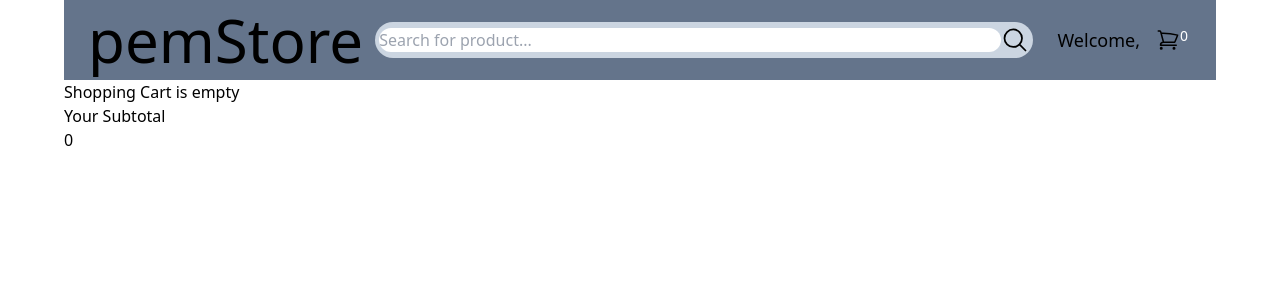
Repository: Semanmernstack/pemstore
Page: /checkout
The author's editor kept a copy of each file at every save. The page is drawn from the files as they stood at one save, then again after the next save.
The browser window is 1280 px wide. The pictures show the whole page.
The page's requests for data from a server got no answer. The project was rebuilt for these pictures with package versions that can differ from the ones it lists, and the page was loaded fresh each time. The framework's server and built-in components were replaced by stand-ins that run in the browser. No one was signed in, and anything a server would have sent is missing. Also part of the build but not shown: next.config.js, components/CheckoutProduct.js.

Above is the page before, as saved 2022-11-06 03:36:05.

After the next save:
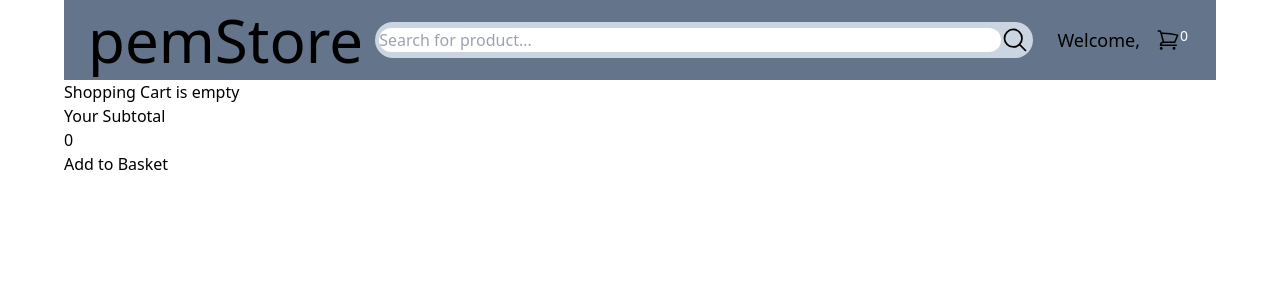
Saved 106 s later.
--- a/pages/checkout.js
+++ b/pages/checkout.js
@@ -32,6 +32,8 @@ function Checkout() {
             />
         ))}
 
+        <button>Add to Basket</button>
+
     </div>
   )
 }
